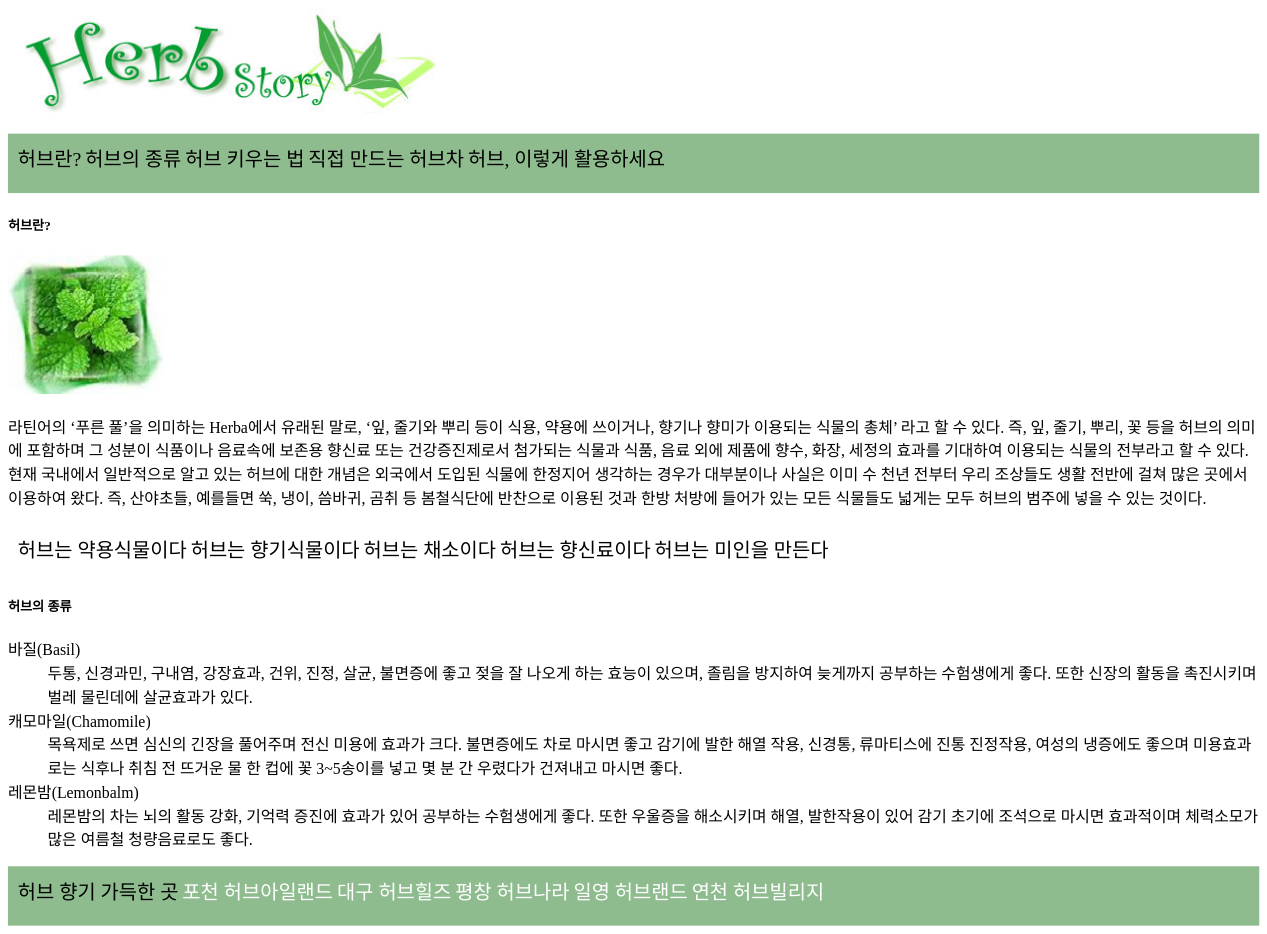
Repository: WonSeungUn/VSCODE
Page: web_work/CSS/WebContent/layout.htm
An editor plug-in stored every save of this project. The page is shown before and after the next save, followed by the edit.
The browser window is 1280 px wide. The pictures show the whole page, at 99% of full size.

Above is the page before, as saved 2024-07-09 07:50:29.

### web_work/CSS/WebContent/layout.htm
<!DOCTYPE HTML PUBLIC "-//W3C//DTD HTML 4.01//EN" "http://www.w3.org/TR/html4/strict.dtd">
<html>
<head>
<title>레이아웃 연습하기</title>
<meta http-equiv="Content-Type" content="text/html; charset=UTF-8">
<style type="text/css">

	ul {
		padding: 10px;
	}

	li {
		display: inline;
		font-size: 20px;
	}

	a {
		text-decoration: none;
		color: black;
	}
	#infolist ul li a {
		color : white;
	}

	#menu, #infolist {
		background: darkseagreen;
		height: 60px;
	}
</style>
</head>
<body>

<div>
	<img src="images/herblogo.jpg">
</div>

<div id="menu">
 <ul>
  <li><a href="#">허브란?</a></li>
  <li><a href="#">허브의 종류</a></li>
  <li><a href="#">허브 키우는 법</a></li>
  <li><a href="#">직접 만드는 허브차</a></li>
  <li><a href="#">허브, 이렇게 활용하세요</a></li>
 </ul>
</div>

<div id="content1">
 <h5>허브란? </h5>
 <img src="images/balm.jpg" id="balm">
 <p>라틴어의 ‘푸른 풀’을 의미하는 Herba에서 유래된 말로, ‘잎, 줄기와 뿌리 등이 식용, 약용에 쓰이거나, 향기나 향미가 이용되는 식물의 총체’ 라고 할 수 있다. 즉, 잎, 줄기, 뿌리, 꽃 등을 허브의 의미에 포함하며 그 성분이 식품이나 음료속에 보존용 향신료 또는 건강증진제로서 첨가되는 식물과 식품, 음료 외에 제품에 향수, 화장, 세정의 효과를 기대하여 이용되는 식물의 전부라고 할 수 있다.현재 국내에서 일반적으로 알고 있는 허브에 대한 개념은 외국에서 도입된 식물에 한정지어 생각하는 경우가 대부분이나 사실은 이미 수 천년 전부터 우리 조상들도 생활 전반에 걸쳐 많은 곳에서 이용하여 왔다. 즉, 산야초들, 예를들면 쑥, 냉이, 씀바귀, 곰취 등 봄철식단에 반찬으로 이용된 것과 한방 처방에 들어가 있는 모든 식물들도 넓게는 모두 허브의 범주에 넣을 수 있는 것이다.</p>
 <ul>
  <li>허브는 약용식물이다</li>
  <li>허브는 향기식물이다</li>
  <li>허브는 채소이다</li>
  <li>허브는 향신료이다</li>
  <li>허브는 미인을 만든다</li>
 </ul>
</div>

<div id="content2">
 <h5>허브의 종류</h5>
 <dt>바질(Basil)</dt>
  <dd>두통, 신경과민, 구내염, 강장효과, 건위, 진정, 살균, 불면증에 좋고 젖을 잘 나오게 하는 효능이 있으며, 졸림을 방지하여 늦게까지 공부하는 수험생에게 좋다. 또한 신장의 활동을 촉진시키며 벌레 물린데에 살균효과가 있다.</dd>
 <dt>캐모마일(Chamomile)</dt>
  <dd>목욕제로 쓰면 심신의 긴장을 풀어주며 전신 미용에 효과가 크다. 불면증에도 차로 마시면 좋고 감기에 발한 해열 작용, 신경통, 류마티스에 진통 진정작용, 여성의 냉증에도 좋으며 미용효과로는 식후나 취침 전 뜨거운 물 한 컵에 꽃 3~5송이를 넣고 몇 분 간 우렸다가 건져내고 마시면 좋다.</dd>
 <dt>레몬밤(Lemonbalm)</dt>
  <dd>레몬밤의 차는 뇌의 활동 강화, 기억력 증진에 효과가 있어 공부하는 수험생에게 좋다. 또한 우울증을 해소시키며 해열, 발한작용이 있어 감기 초기에 조석으로 마시면 효과적이며 체력소모가 많은 여름철 청량음료로도 좋다.</dd>
</div>

<div id="infolist">
 <ul>
  <li id="list_title">허브 향기 가득한 곳</li>
  <li><a href="http://www.herbisland.net/" target="_blank">포천 허브아일랜드</a></li>
  <li><a href="http://www.herbhillz.com/" target="_blank">대구 허브힐즈</a></li>
  <li><a href="http://www.herbnara.com/" target="_blank">평창 허브나라</a></li>
  <li><a href="http://www.iyherbland.co.kr/" target="_blank">일영 허브랜드</a></li>
  <li><a href="http://www.herbvillage.co.kr/" target="_blank">연천 허브빌리지</a></li>
 </ul>
</div>
</body>
</html>

After the next save:
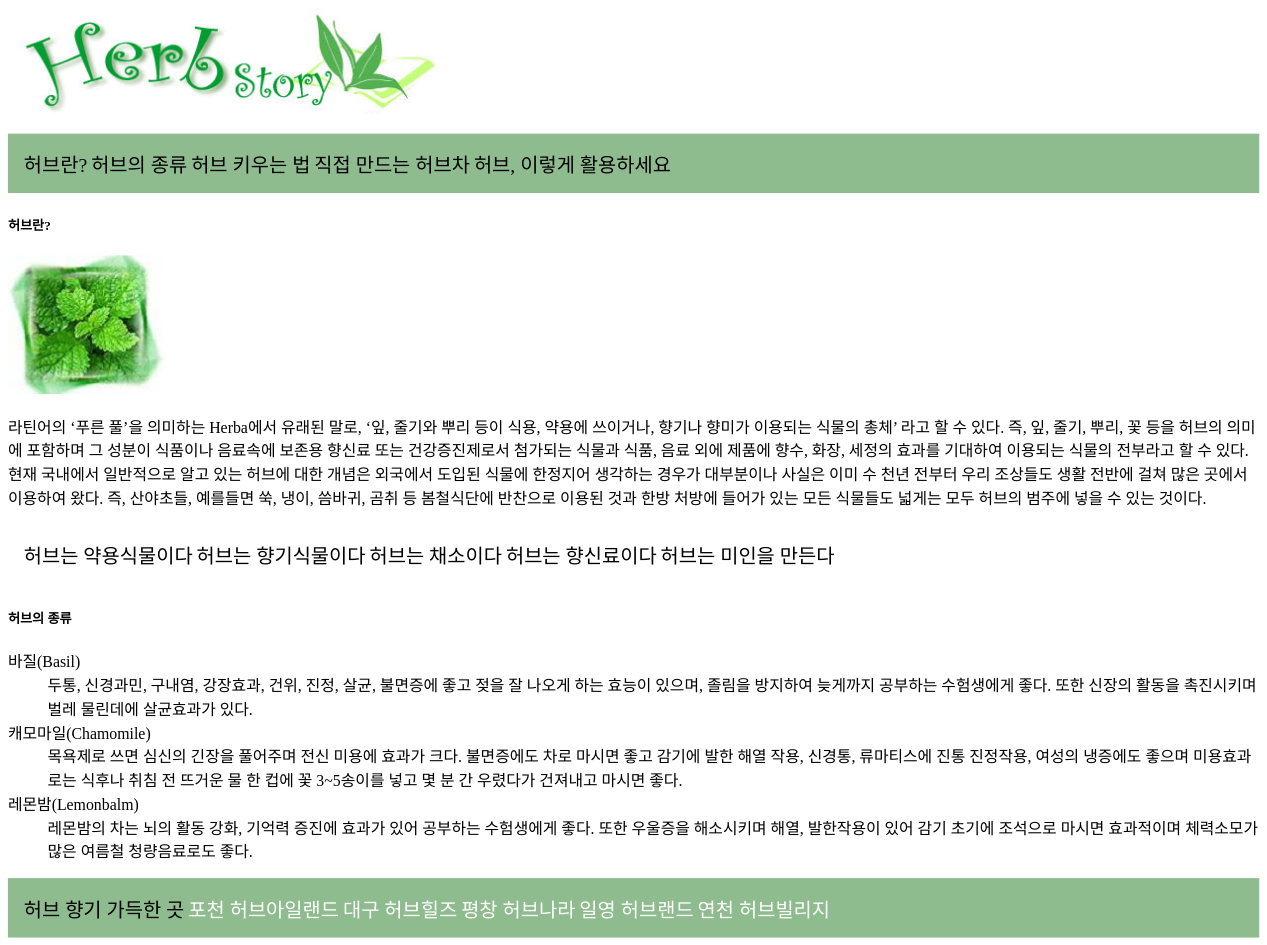
Saved 22 s later.
--- a/web_work/CSS/WebContent/layout.htm
+++ b/web_work/CSS/WebContent/layout.htm
@@ -6,7 +6,7 @@
 <style type="text/css">
 
 	ul {
-		padding: 10px;
+		padding: 16px;
 	}
 
 	li {
